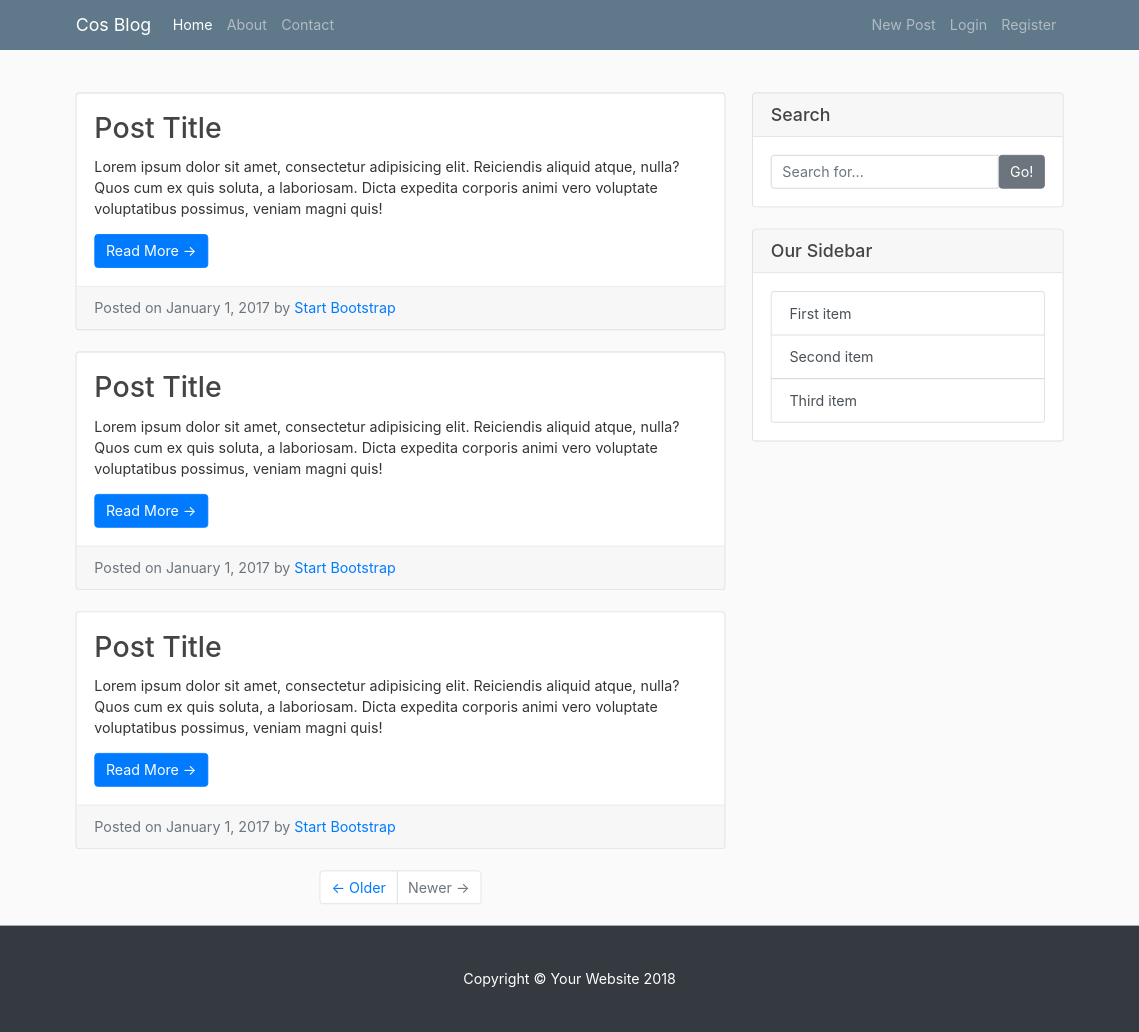
Repository: DogyeKing/blog
Page: http://localhost/blog/member/joinForm.jsp
The author's editor kept a copy of each file at every save. The page is drawn from the files as they stood at one save, then again after the next save.
The browser window is 1280 px wide. The pictures show the whole page, at 89% of full size.
The page is served by Tomcat 9. Other server files are loaded and not shown.

Above is the page before, as saved 2018-08-02 05:24:52.

### blog/blog/WebContent/member/joinForm.jsp
<%@ page language="java" contentType="text/html; charset=UTF-8"
    pageEncoding="UTF-8"%>

<!DOCTYPE html>
<head>

  <meta charset="utf-8">
  <meta name="viewport" content="width=device-width, initial-scale=1, shrink-to-fit=no">
  <meta name="description" content="">
  <meta name="author" content="">

  <title>Cos Blog</title>

  <!-- Bootstrap core CSS -->
  <link href="<%=request.getContextPath()%>/css/bootstrap.css" rel="stylesheet">
  <!-- Bootstrap core JavaScript -->
  <script src="<%=request.getContextPath()%>/js/jquery.min.js"></script>
  <script src="<%=request.getContextPath()%>/js/bootstrap.bundle.min.js"></script>

  <!-- Custom styles for this template -->
  <link href="<%=request.getContextPath()%>/css/blog-home.css" rel="stylesheet">

</head>

<body>
	<!-- Nav Include -->
	<jsp:include page="../include/navigation.jsp"/>

<!-- Page Content -->
<div class="container">
  <div class="row">
    <!-- Blog Entries Column -->
<div class="col-md-8">
  <!-- Blog Post -->
<div class="card mb-4">
  <!--<img class="card-img-top" src="http://placehold.it/750x300" alt="Card image cap"> -->
  <div class="card-body">
    <h2 class="card-title">Post Title</h2>
    <p class="card-text">Lorem ipsum dolor sit amet, consectetur adipisicing elit. Reiciendis aliquid atque, nulla? Quos cum ex quis soluta, a laboriosam. Dicta expedita corporis animi vero voluptate voluptatibus possimus, veniam magni quis!</p>
    <a href="#" class="btn btn-primary">Read More &rarr;</a>
  </div>
  <div class="card-footer text-muted">
    Posted on January 1, 2017 by
    <a href="#">Start Bootstrap</a>
  </div>
</div>

<!-- Blog Post -->
<div class="card mb-4">
  <!--<img class="card-img-top" src="http://placehold.it/750x300" alt="Card image cap"> -->
  <div class="card-body">
    <h2 class="card-title">Post Title</h2>
    <p class="card-text">Lorem ipsum dolor sit amet, consectetur adipisicing elit. Reiciendis aliquid atque, nulla? Quos cum ex quis soluta, a laboriosam. Dicta expedita corporis animi vero voluptate voluptatibus possimus, veniam magni quis!</p>
    <a href="#" class="btn btn-primary">Read More &rarr;</a>
  </div>
  <div class="card-footer text-muted">
    Posted on January 1, 2017 by
    <a href="#">Start Bootstrap</a>
  </div>
</div>

<!-- Blog Post -->
<div class="card mb-4">
  <!--<img class="card-img-top" src="http://placehold.it/750x300" alt="Card image cap"> -->
  <div class="card-body">
    <h2 class="card-title">Post Title</h2>
    <p class="card-text">Lorem ipsum dolor sit amet, consectetur adipisicing elit. Reiciendis aliquid atque, nulla? Quos cum ex quis soluta, a laboriosam. Dicta expedita corporis animi vero voluptate voluptatibus possimus, veniam magni quis!</p>
    <a href="#" class="btn btn-primary">Read More &rarr;</a>
  </div>
  <div class="card-footer text-muted">
    Posted on January 1, 2017 by
    <a href="#">Start Bootstrap</a>
  </div>
</div>

<!-- Pagination -->
  <ul class="pagination justify-content-center mb-4">
    <li class="page-item">
      <a class="page-link" href="#">&larr; Older</a>
    </li>
    <li class="page-item disabled">
      <a class="page-link" href="#">Newer &rarr;</a>
    </li>
  </ul>
</div>

<!--  SideBar Include -->
	<jsp:include page="../include/sidebar.jsp"/>

<!-- Sidebar Widgets Column -->


</div>
<!-- /.row -->

</div>
<!-- /.container -->

<!-- Footer -->
<footer class="py-5 bg-dark">
  <div class="container">
    <p class="m-0 text-center text-white">Copyright &copy; Your Website 2018</p>
  </div>
  <!-- /.container -->
</footer>

</body>

</html>

### blog/blog/WebContent/include/navigation.jsp
<%@ page language="java" contentType="text/html; charset=UTF-8"
    pageEncoding="UTF-8"%>
<!DOCTYPE html>
  <!-- Navigation -->
 <nav class="navbar navbar-expand-lg navbar-dark bg-steel fixed-top">
   <div class="container">
     <a class="navbar-brand" href="main.jsp">Cos Blog</a>
     <button class="navbar-toggler" type="button" data-toggle="collapse" data-target="#navbarResponsive" aria-controls="navbarResponsive" aria-expanded="false" aria-label="Toggle navigation">
       <span class="navbar-toggler-icon"></span>
     </button>
     <div class="collapse navbar-collapse" id="navbarResponsive">
       <div class="navbar-nav">
           <a class="nav-item active nav-link mr-auto" href="#">Home
             <span class="sr-only">(current)</span>
           </a>
           <a class="nav-item nav-link" href="#">About</a>
              <a class="nav-item nav-link" href="#">Contact</a>
       </div>
       <div class="navbar-nav ml-auto">
           <a class="nav-item nav-link" href="#">New Post</a>
           <a class="nav-item nav-link" href="<%=request.getContextPath()%>/member/loginForm.jsp">Login</a>
           <a class="nav-item nav-link" href="<%=request.getContextPath()%>/member/joinForm.jsp">Register</a>
       </div>
     </div>
   </div>
</nav>

### blog/blog/WebContent/include/sidebar.jsp
<%@ page language="java" contentType="text/html; charset=UTF-8"
    pageEncoding="UTF-8"%>
<div class="col-md-4">
  <!-- Search Widget -->
<div class="card my-4">
 <h5 class="card-header">Search</h5>
 <div class="card-body">
   <div class="input-group">
     <input type="text" class="form-control" placeholder="Search for...">
     <span class="input-group-btn">
       <button class="btn btn-secondary" type="button">Go!</button>
     </span>
   </div>
 </div>
</div>

<!-- Categories Widget -->
  <div class="card my-4">
    <h5 class="card-header">Our Sidebar</h5>
    <div class="card-body">
      <div class="list-group">
        <a href="#" class="list-group-item list-group-item-action">First item</a>
        <a href="#" class="list-group-item list-group-item-action">Second item</a>
        <a href="#" class="list-group-item list-group-item-action">Third item</a>
      </div>
    </div>
  </div>
</div>

### blog/blog/WebContent/css/blog-home.css
body {
	background: #fafafa;
	color: #333333;
	margin-top: 5rem;
}

h1,h2,h3,h4,h5,h6 {
	color: #444444;
}

.bg-steel {
	background-color: #5f788a;
}

.site-header .navbar-nav .nav-link {
	color: #cbd5db;
}

.site-header .navbar-nav .nav-link:hover {
	color: #ffffff;
}

.content-section {
	background: #ffffff;
	padding: 10px 20px;
	border: 1px solid #dddddd;
	border-radius: 3px;
	margin-bottom: 20px;
}

.article-title {
	color: #444444;
}

a.article-title:hover {
	color: #428bca;
	text-decoration: none;
}

.article-content {
	white-space: pre-line;
}

.article-img {
	height: 65px
	width: 65px;
	margin-right: 16px;
}

.article-metadata {
	padding-bottom: 1px;
	margin-bottom: 4px
	border-bottom: 1px solid #e3e3e3;
}

.article-metadata a:hover {
	color: #333;
	text-decoration: none;
}

.article-svg {
	width: 25px;
	height: 25px;
	vertical-align: middle;
}

.account-img {
	height: 125px;
	width: 125px;
	margin-right: 20px;
	margin-bottom: 16px;
}

.account-heading {
	font-size: 2.5rem;
}

Loaded but not shown: blog/blog/WebContent/css/bootstrap.css (library); blog/blog/WebContent/js/jquery.min.js (library); blog/blog/WebContent/js/bootstrap.bundle.min.js (library)

After the next save:
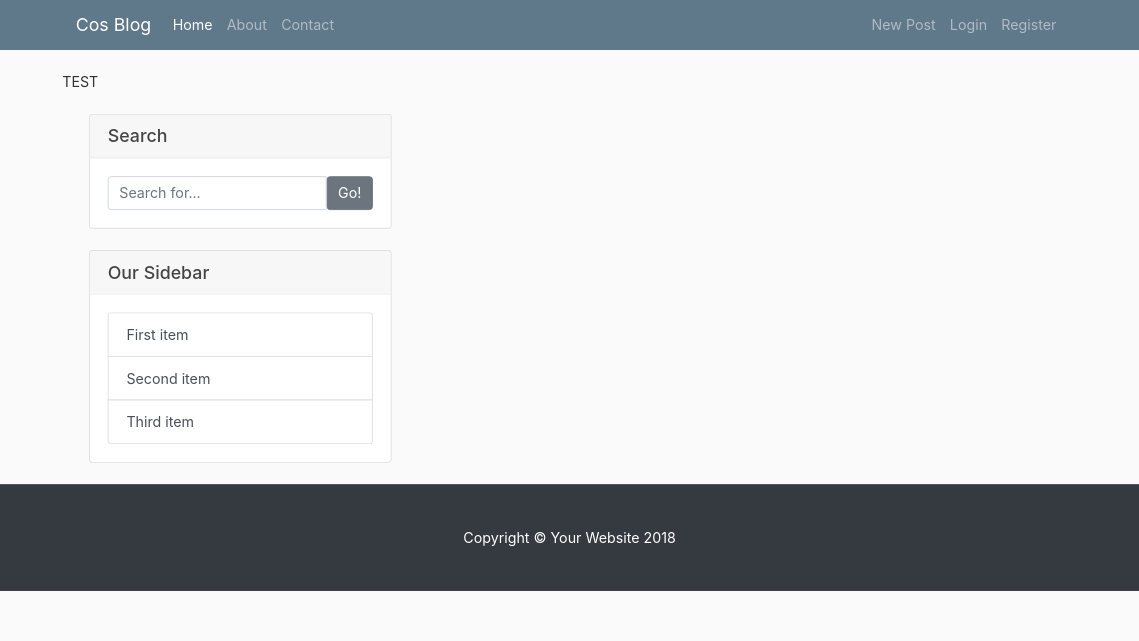
Saved 69 s later.
--- a/blog/blog/WebContent/member/joinForm.jsp
+++ b/blog/blog/WebContent/member/joinForm.jsp
@@ -30,58 +30,7 @@
 <div class="container">
   <div class="row">
     <!-- Blog Entries Column -->
-<div class="col-md-8">
-  <!-- Blog Post -->
-<div class="card mb-4">
-  <!--<img class="card-img-top" src="http://placehold.it/750x300" alt="Card image cap"> -->
-  <div class="card-body">
-    <h2 class="card-title">Post Title</h2>
-    <p class="card-text">Lorem ipsum dolor sit amet, consectetur adipisicing elit. Reiciendis aliquid atque, nulla? Quos cum ex quis soluta, a laboriosam. Dicta expedita corporis animi vero voluptate voluptatibus possimus, veniam magni quis!</p>
-    <a href="#" class="btn btn-primary">Read More &rarr;</a>
-  </div>
-  <div class="card-footer text-muted">
-    Posted on January 1, 2017 by
-    <a href="#">Start Bootstrap</a>
-  </div>
-</div>
-
-<!-- Blog Post -->
-<div class="card mb-4">
-  <!--<img class="card-img-top" src="http://placehold.it/750x300" alt="Card image cap"> -->
-  <div class="card-body">
-    <h2 class="card-title">Post Title</h2>
-    <p class="card-text">Lorem ipsum dolor sit amet, consectetur adipisicing elit. Reiciendis aliquid atque, nulla? Quos cum ex quis soluta, a laboriosam. Dicta expedita corporis animi vero voluptate voluptatibus possimus, veniam magni quis!</p>
-    <a href="#" class="btn btn-primary">Read More &rarr;</a>
-  </div>
-  <div class="card-footer text-muted">
-    Posted on January 1, 2017 by
-    <a href="#">Start Bootstrap</a>
-  </div>
-</div>
-
-<!-- Blog Post -->
-<div class="card mb-4">
-  <!--<img class="card-img-top" src="http://placehold.it/750x300" alt="Card image cap"> -->
-  <div class="card-body">
-    <h2 class="card-title">Post Title</h2>
-    <p class="card-text">Lorem ipsum dolor sit amet, consectetur adipisicing elit. Reiciendis aliquid atque, nulla? Quos cum ex quis soluta, a laboriosam. Dicta expedita corporis animi vero voluptate voluptatibus possimus, veniam magni quis!</p>
-    <a href="#" class="btn btn-primary">Read More &rarr;</a>
-  </div>
-  <div class="card-footer text-muted">
-    Posted on January 1, 2017 by
-    <a href="#">Start Bootstrap</a>
-  </div>
-</div>
-
-<!-- Pagination -->
-  <ul class="pagination justify-content-center mb-4">
-    <li class="page-item">
-      <a class="page-link" href="#">&larr; Older</a>
-    </li>
-    <li class="page-item disabled">
-      <a class="page-link" href="#">Newer &rarr;</a>
-    </li>
-  </ul>
+TEST
 </div>
 
 <!--  SideBar Include -->
